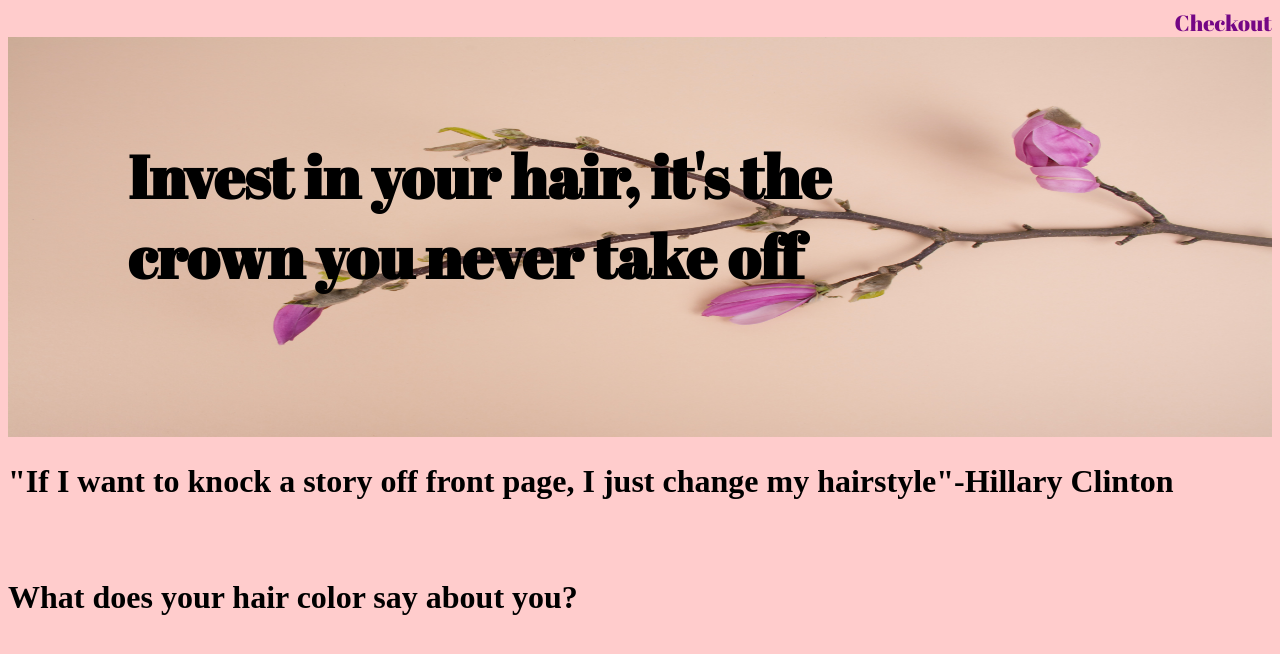
Repository: aarushi-07/Hair-and-Spa-booking-system
Page: http://localhost/salon/WEB-INF/jsp/hair.jsp
The author's editor kept a copy of each file at every save. The page is drawn from the files as they stood at one save, then again after the next save.
The browser window is 1280 px wide. The pictures show the whole page.
The page is served by Tomcat 9. Nobody is signed in. The template is opened directly, without the code that normally fills it, so the values that code supplies are empty.

Above is the page before, as saved 2020-07-10 07:52:57.

After the next save:
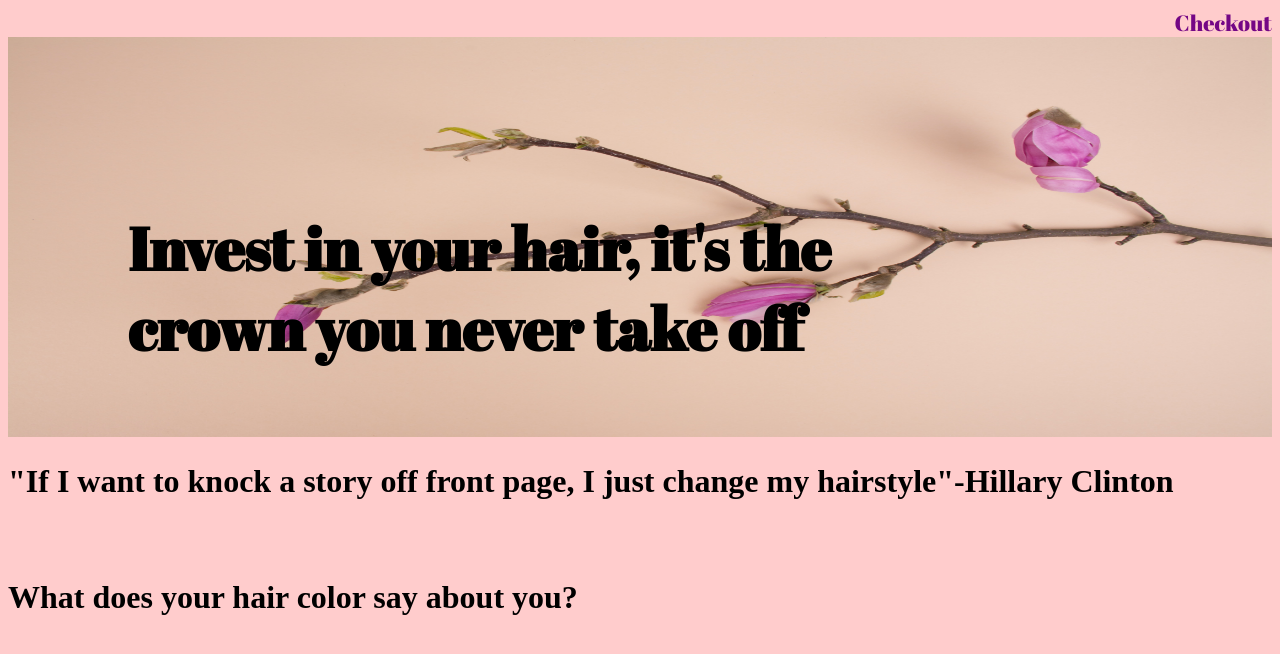
Saved 13 s later.
--- a/salon/src/main/webapp/resources/css/all.css
+++ b/salon/src/main/webapp/resources/css/all.css
@@ -61,7 +61,7 @@ body {
 }
 .centeredHair {
   position: absolute;
-  top: 30%;
+  top: 40%;
   left: 40%;
   transform: translate(-50%, -50%);
   font-size: 30px;
